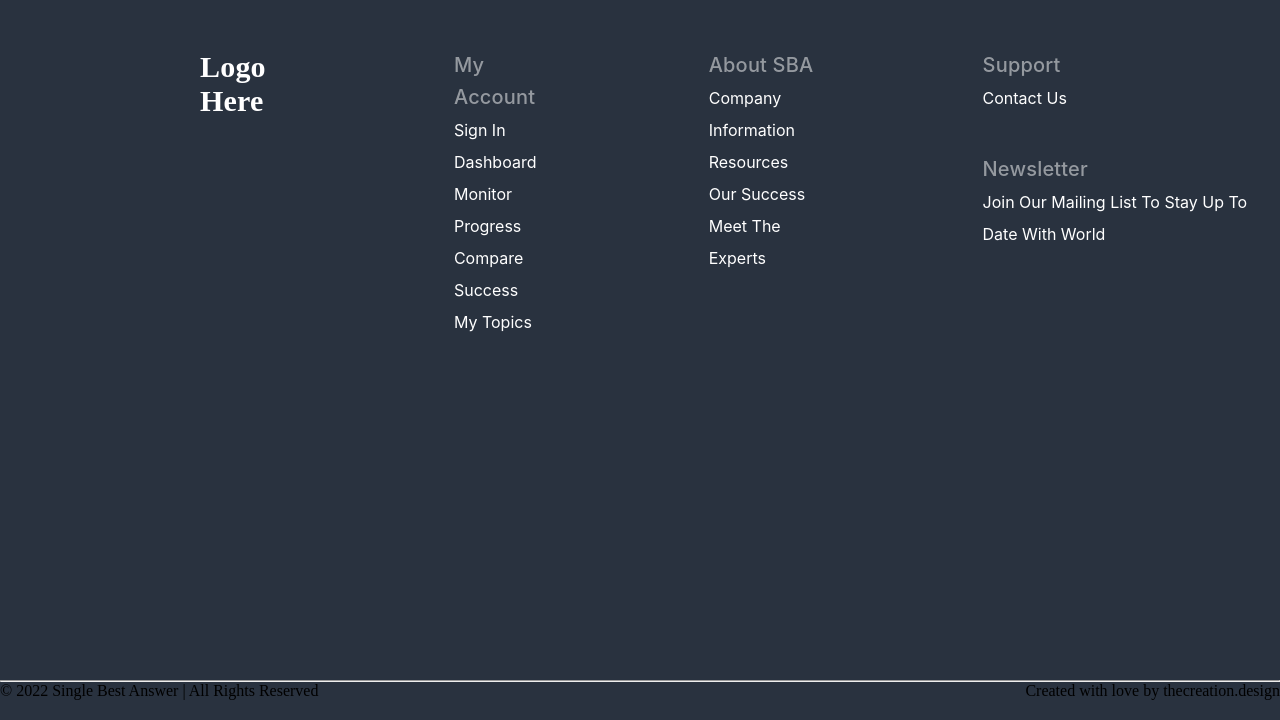
Repository: FaridRustamov09/Final-Task
Page: Pages/connectionPage/index.html
The author's editor kept a copy of each file at every save. The page is drawn from the files as they stood at one save, then again after the next save.
The browser window is 1280 px wide. The pictures show the whole page.
The style sheet was rebuilt from its Sass, Less or Tailwind sources for each picture, by a compiler version that may differ from the author's.

Above is the page before, as saved 2024-07-14 21:00:54.

After the next save:
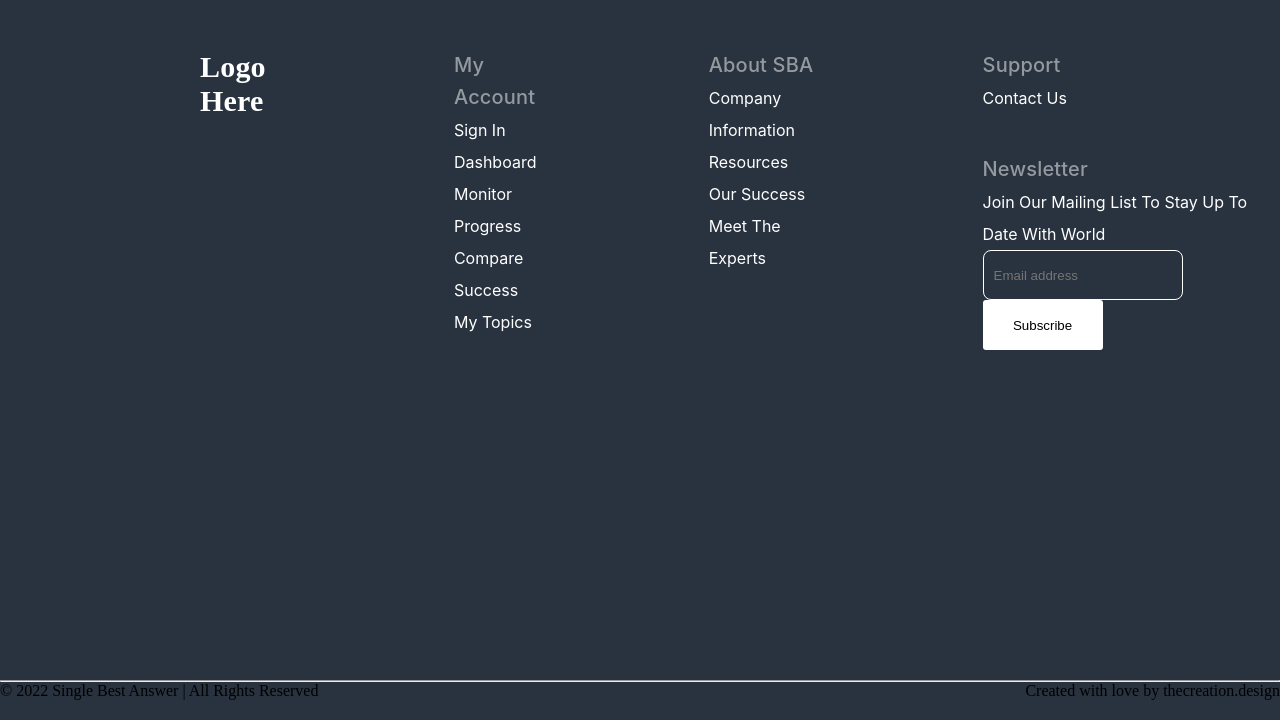
Saved 23 s later.
--- a/Pages/connectionPage/index.html
+++ b/Pages/connectionPage/index.html
@@ -32,11 +32,11 @@
           <li>
             <a href="#">Join our mailing list to stay up to date with world</a>
           </li>
-          <!-- <li class="subscribe">
+          <li class="subscribe">
             <input placeholder="Email address" type="email" /><button>
               Subscribe
             </button>
-          </li> -->
+          </li>
         </ul>
       </div>
       <div class="finish">
